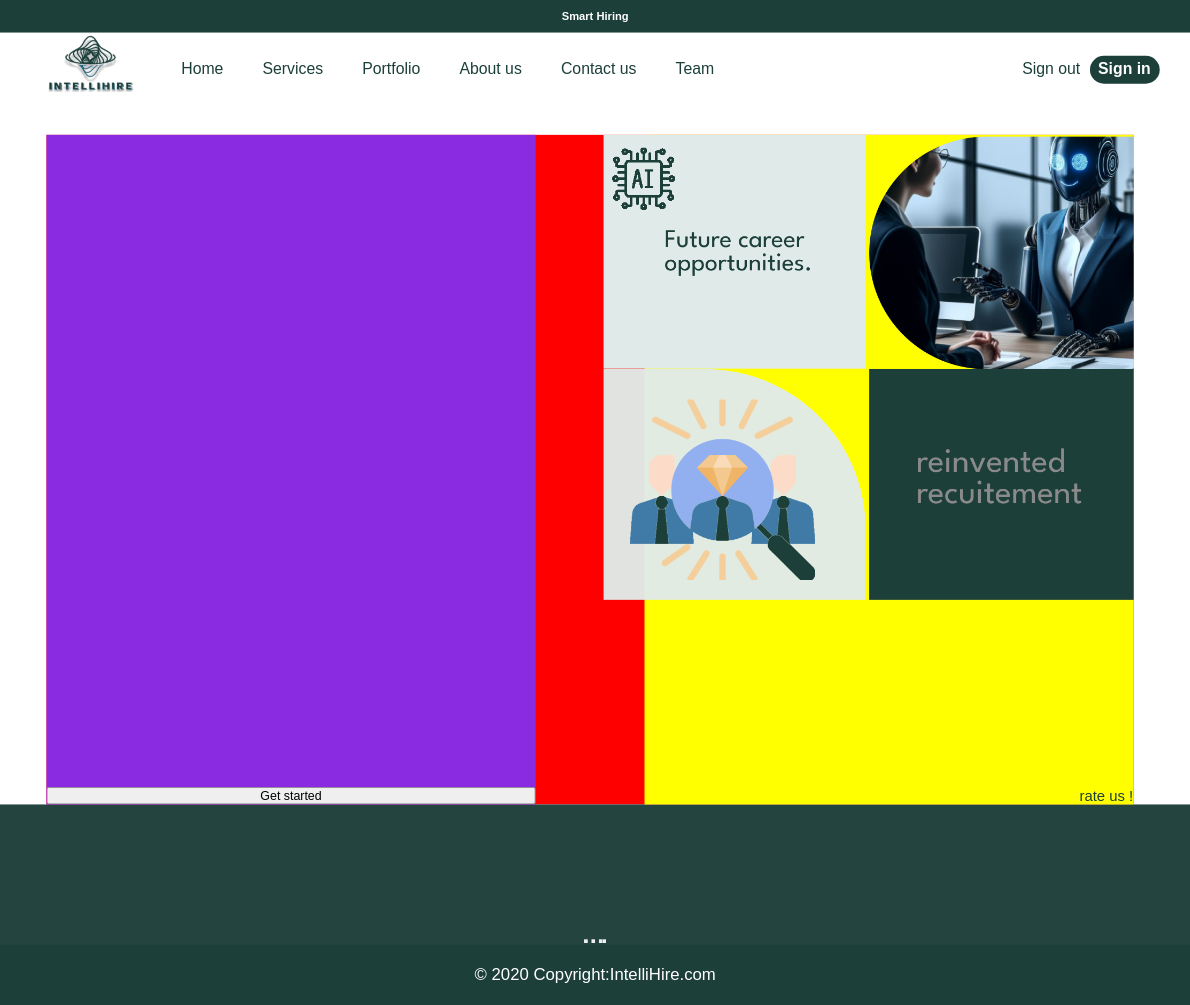
Repository: arijkl/Projet-PFA
Page: HomePage.html
These files come from the project's save history. The page is drawn as it stood at one moment and after the next save; the edit follows.
The browser window is 1280 px wide. The pictures show the whole page, at 93% of full size.

Above is the page before, as saved 2024-04-21 20:47:23.

### HomePage.html
<!DOCTYPE html>
<html lang="en">
  <head>
    <meta charset="UTF-8" />
    <meta name="viewport" content="width=device-width, initial-scale=1.0" />
    <title>Document</title>
    <link rel="stylesheet" href="HomePage.css" />
  </head>
  <body>
    <nav class="beforeNav">
      <span>Smart Hiring</span>
    </nav>
    <nav class="navBar">
      <span class="Mainlogo"><img src="Assets/mainlogo.png" alt="" /></span>
      <ul>
        <li><a href="">Home</a></li>
        <li><a href="">Services</a></li>
        <li><a href="">Portfolio</a></li>
        <li><a href="">About us</a></li>
        <li><a href="">Contact us</a></li>
        <li><a href="">Team</a></li>
      </ul>
      <span class="signin-out">
        <a href="">Sign out</a>
        <a href="" class="sign-in">Sign in</a>
      </span>
    </nav>
    <div class="container">
        <div class="left-container">
            <span></span>
            <h1></h1>
            <p></p>
            <button>Get started</button>
        </div>
        <div class="right-container">
            <img src="Assets/Home-right-image.png" alt="">
            <span>rate us !

            </span>
        </div>


    </div>
    <footer>
        <div class="icons">
            <button>
                <i class="fab fa-linkedin-in"></i>
            </button>
            <button>
                <i class="fa-brands fa-x-twitter"></i>
            </button>
            <button>
                <i class="fa-solid fa-phone"></i>
            <button>
                <i class="fa-solid fa-envelope"></i>
            </button>

        </div>
        <span>
            © 2020 Copyright:
            <a href="#home">IntelliHire.com</a>
        </span>
    </footer>
  </body>
</html>

### HomePage.css
* {
    margin: 0px;
    padding: 0px;
    font-family: 'Montserrat', sans-serif;
}

@font-face {
    font-family: 'Montserrat';
    src: url('https://fonts.googleapis.com/css2?family=Montserrat&display=swap');
    /* You can also host the font files locally and provide the path accordingly */
}




body {
    font-family: 'Montserrat', sans-serif;
    background: white;
    color: #1C3F3A;
    height: 100vh;
    width: 100%;


.beforeNav {
    background-color: #1C3F3A;
    height: 35px;
    color: white;
    display: flex;
    justify-content: space-around;
    align-items: center;
    font-weight: 550;
    font-size: 12px;

}

.Mainlogo {
    height: 100%;
    width: 15%;

}

.Mainlogo img {
    position: absolute;
    height: 100px;
    width: 150px;

}

.navBar {

    height: 80px;
    display: flex;
    justify-content: space-between;
    margin-left: 20px;
    margin-right: 20px;
    font-weight: 500;



}

.navBar ul {
    display: flex;
    justify-content: space-around;
    align-items: center;
    width: 60%;
    list-style: none;
    margin-right: 25%;
    font-size: 17px;

}

.navBar ul li a {
    text-decoration: none;
    color: #1C3F3A;



}

.signin-out {
    display: flex;
    align-items: center;
    margin-right: 7px;
    width: 15%;



}

.signin-out a {
    text-decoration: none;
    font-size: 17px;

}

.signin-out a:first-child {
    color: #1C3F3A;

}

.sign-in {
    display: flex;
    justify-content: center;
    align-items: center;
    width: 75px;
    height: 30px;
    font-weight: 550;
    margin-left: 10px;
    color: white;
    background-color: #1C3F3A;
    border-radius: 15px;



}
.container{
    display: flex;
    justify-content: space-between;
    align-items:center;
    height: 100%;
    margin-left: 50px;
    margin-right: 61.5px;
    margin-top:30px;
    background-color:red;
}

.left-container{
    background-color:blueviolet;
    height: 100%;
    width:45%;
    display: flex;
    flex-direction: column;
    justify-content:space-between;
}
.right-container{
    background-color:yellow;
    height: 100%;
    width:45%;
    display: flex;
    flex-direction: column;
    justify-content:space-between;
    align-items:flex-end;
}
.right-container img{

    height:500px;
    width:570px;

}
footer{
    background-color:#23443f;

    height:30%;
    color:white;
    display: flex;
    flex-direction: column;
    justify-content: flex-end;
    align-items:center;


}
footer span{
    background-color:#1C3F3A;
    width:100%;
    height:30%;
    margin-top: 0%;
    display: flex;
    justify-content: center;
    align-items:center;
    font-size: large;
}
footer span a{
    color:white;
    text-decoration: none;
    text-align: center;
}

After the next save:
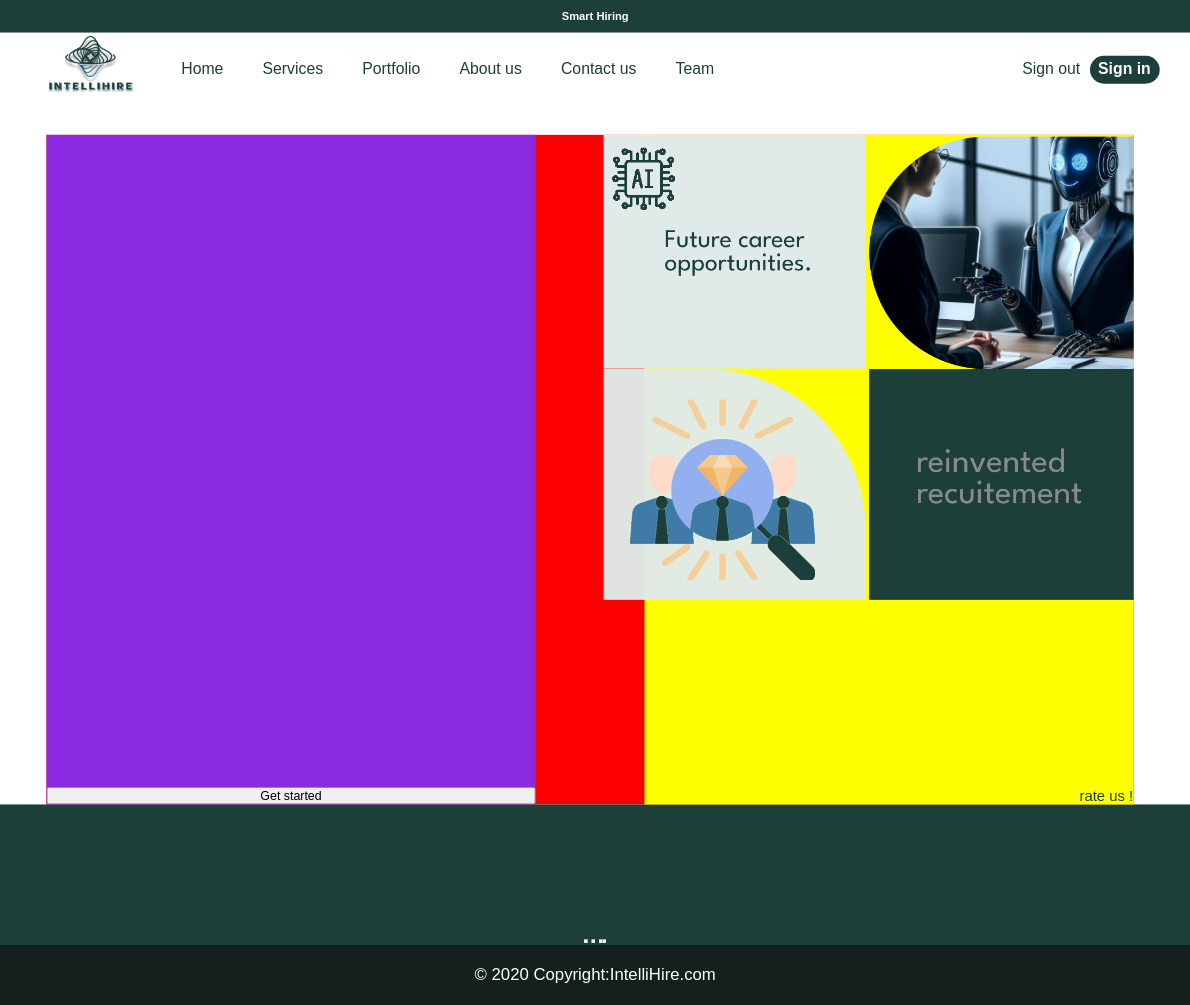
Saved 59 s later.
--- a/HomePage.css
+++ b/HomePage.css
@@ -149,8 +149,8 @@
 
 }
 footer{
-    background-color:#23443f;
 
+    background-color:#1C3F3A;
     height:30%;
     color:white;
     display: flex;
@@ -161,7 +161,7 @@
 
 }
 footer span{
-    background-color:#1C3F3A;
+    background-color:#13201e;
     width:100%;
     height:30%;
     margin-top: 0%;
